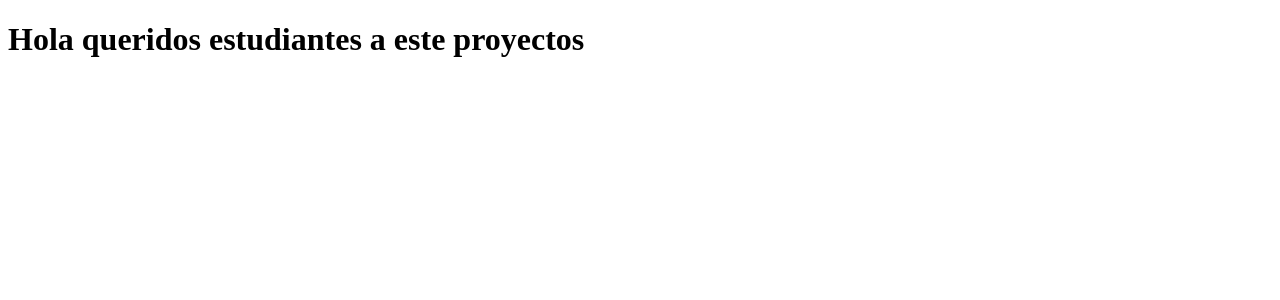
Repository: Santacruz93/MyWeb
Page: web.html
These files come from the project's save history. The page is drawn as it stood at one moment and after the next save; the edit follows.
The browser window is 1280 px wide. The pictures show the whole page.

Above is the page before, as saved 2024-01-09 23:56:37.

### web.html
<!DOCTYPE html>
<html>
    <head>
        <title>
            MyWeb
        </title>
    </head>
    <body>
        <div>
            <h1>
                Hola queridos estudiantes a este proyectos
            </h1>
        </div>
    </body>
</html>

After the next save:
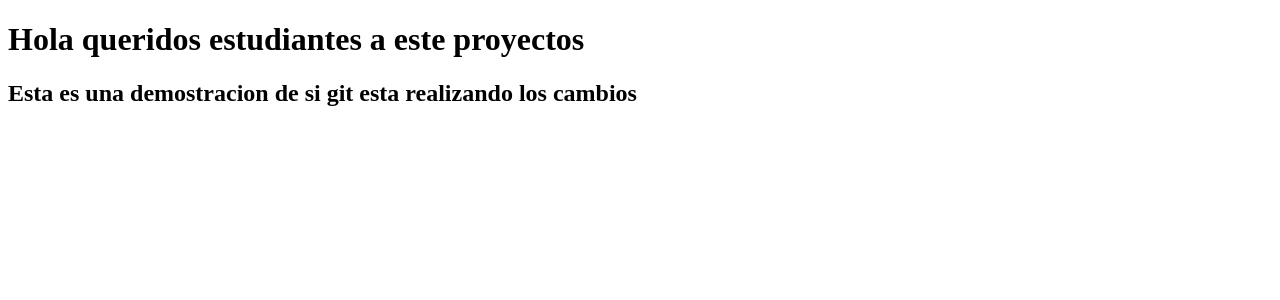
Saved 3 h 38 min later.
--- a/web.html
+++ b/web.html
@@ -10,6 +10,9 @@
             <h1>
                 Hola queridos estudiantes a este proyectos
             </h1>
+            <h2>
+                Esta es una demostracion de si git esta realizando los cambios
+            </h2>
         </div>
     </body>
 </html>
